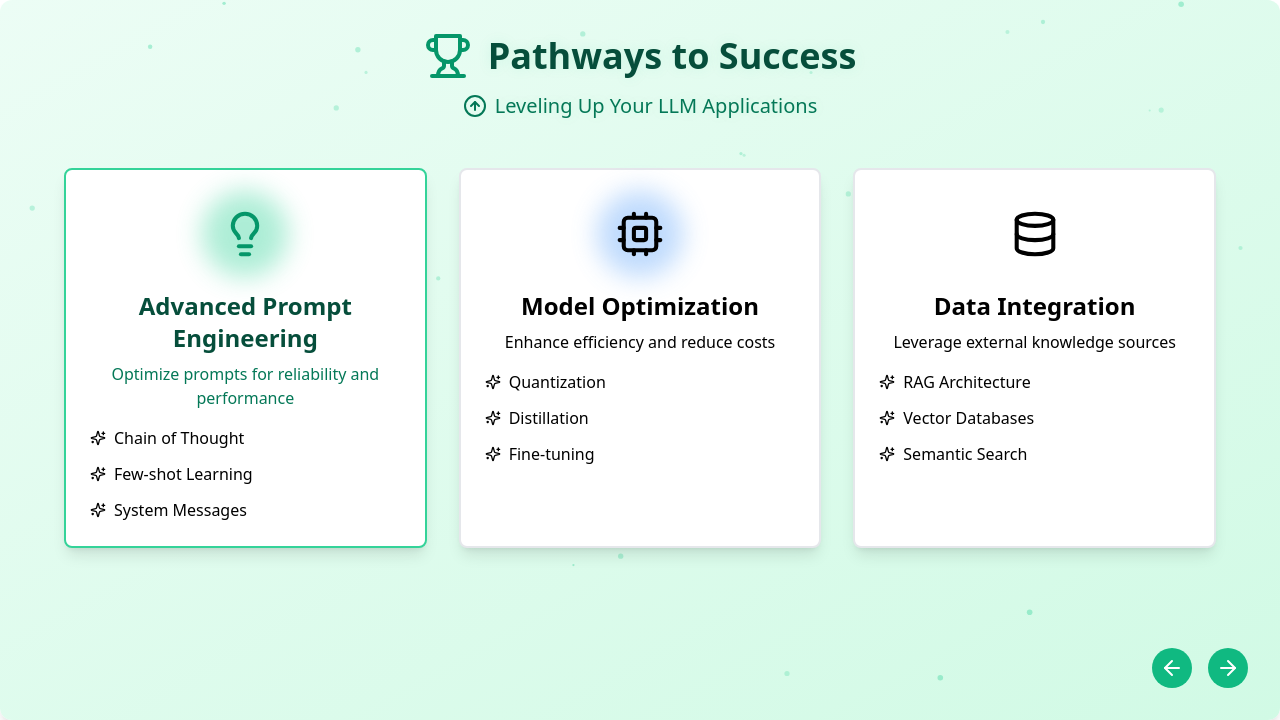
Repository: Galbaz1/dell_presentation
Page: /slide5
The author's editor kept a copy of each file at every save. The page is drawn from the files as they stood at one save, then again after the next save.
The browser window is 1280 px wide. The pictures show the whole page.
The project was rebuilt for these pictures with package versions that can differ from the ones it lists, and the page was loaded fresh each time. The framework's server and built-in components were replaced by stand-ins that run in the browser. Also part of the build but not shown: styles/animations/slide1.css, styles/animations/slide2.css.

Above is the page before, as saved 2024-11-11 17:07:46.

After the next save:
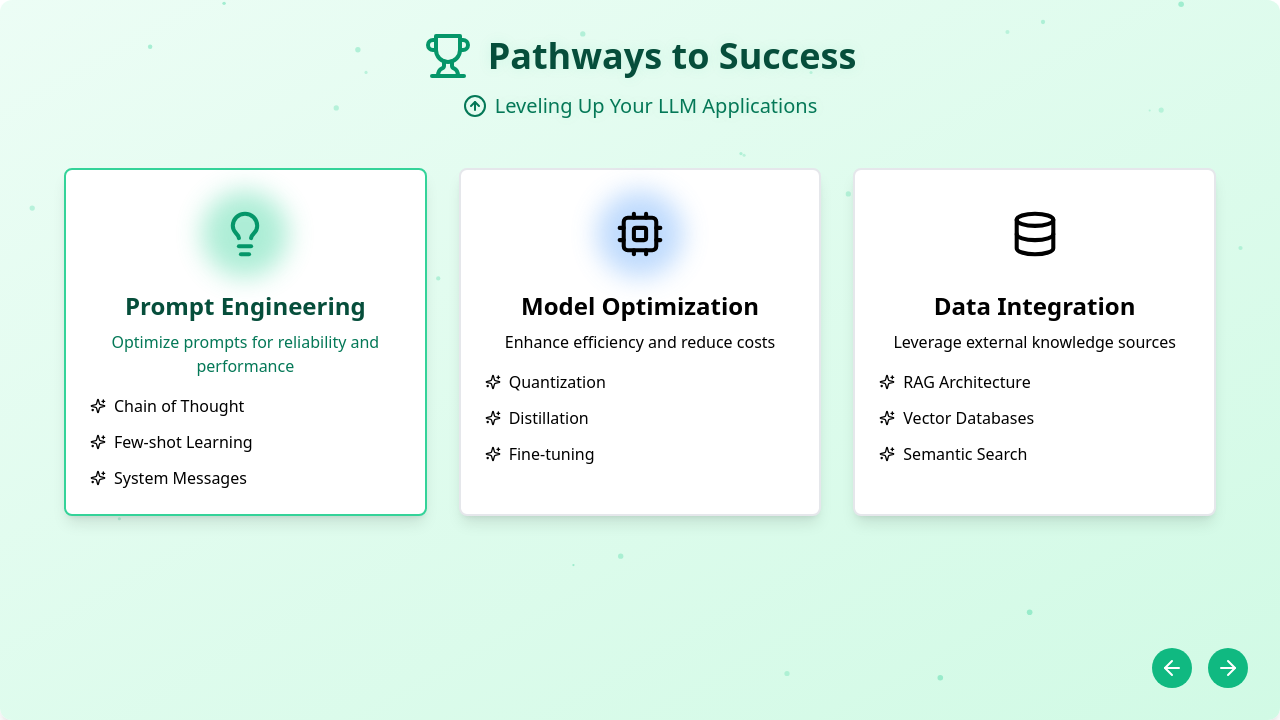
Saved 113 s later.
--- a/pages/slide5.tsx
+++ b/pages/slide5.tsx
@@ -19,7 +19,7 @@ const Slide5: React.FC = () => {
   const solutions = [
     {
       icon: <Lightbulb className="w-12 h-12" />,
-      title: "Advanced Prompt Engineering",
+      title: "Prompt Engineering",
       color: "emerald",
       description: "Optimize prompts for reliability and performance",
       items: [
